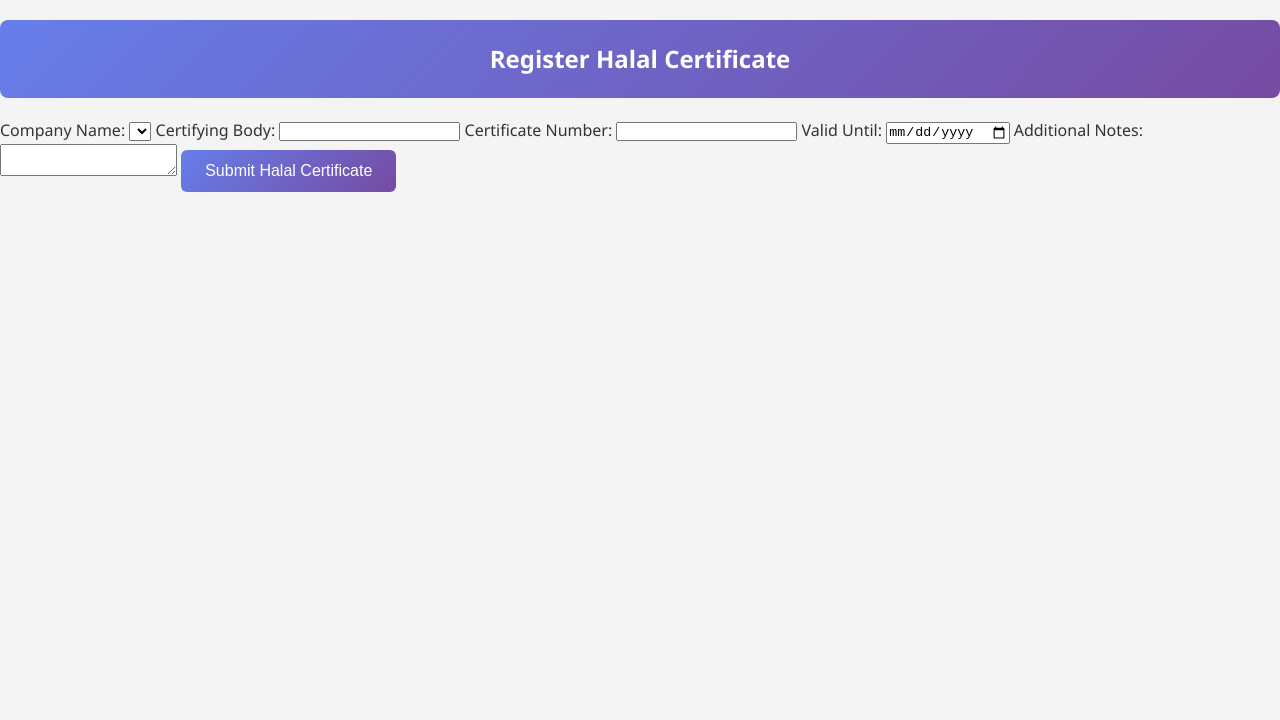
Repository: HarrishPanicker1/Blockchain_Group_AI_Assignment
Page: frontend/adding_halal_certification.html
These files come from the project's save history. The page is drawn as it stood at one moment and after the next save; the edit follows.
The browser window is 1280 px wide. The pictures show the whole page.

Above is the page before, as saved 2025-06-15 23:02:15.

### frontend/adding_halal_certification.html
<!DOCTYPE html>
<html lang="en">
<head>
  <meta charset="UTF-8" />
  <meta name="viewport" content="width=device-width, initial-scale=1.0"/>
  <title>Register Halal Certificate</title>
  <link rel="stylesheet" href="styles.css" />
</head>
<body>
  <div class="form-container">
    <h2>Register Halal Certificate</h2>

    <form id="halalForm">
      <label for="company">Company Name:</label>
      <select id="company" name="company" required></select>

      <label for="certBody">Certifying Body:</label>
      <input type="text" id="certBody" required />

      <label for="certID">Certificate Number:</label>
      <input type="text" id="certID" required />

      <label for="validUntil">Valid Until:</label>
      <input type="date" id="validUntil" required />

      <label for="notes">Additional Notes:</label>
      <textarea id="notes"></textarea>

      <button type="submit">Submit Halal Certificate</button>
    </form>
  </div>

  <script src="halal_cert.js"></script>
</body>
</html>

### styles.css
* {
    margin: 0;
    padding: 0;
    box-sizing: border-box;
}

body {
    font-family: 'Segoe UI', Tahoma, Geneva, Verdana, sans-serif;
    line-height: 1.6;
    color: #333;
    background-color: #f4f4f4;
}

h1, h2, h3 {
    margin-bottom: 1rem;
    color: #2c3e50;
}

h2 {
    padding: 20px 0;
    text-align: center;
    background: linear-gradient(135deg, #667eea 0%, #764ba2 100%);
    color: white;
    margin: 20px 0;
    border-radius: 8px;
}

button {
    background: linear-gradient(135deg, #667eea 0%, #764ba2 100%);
    color: white;
    border: none;
    padding: 12px 24px;
    border-radius: 6px;
    cursor: pointer;
    font-size: 16px;
    transition: transform 0.2s, box-shadow 0.2s;
}

button:hover {
    transform: translateY(-2px);
    box-shadow: 0 4px 8px rgba(0,0,0,0.2);
}

a {
    text-decoration: none;
}

#pdfListContainer {
    background: white;
    margin: 20px;
    padding: 20px;
    border-radius: 8px;
    box-shadow: 0 2px 4px rgba(0,0,0,0.1);
}

#pdfList {
    list-style: none;
}

#pdfList li {
    background: #f8f9fa;
    margin: 10px 0;
    padding: 15px;
    border-radius: 6px;
    border-left: 4px solid #667eea;
}

#pdfList a {
    color: #667eea;
    font-weight: bold;
}

#pdfList a:hover {
    color: #764ba2;
    text-decoration: underline;
}

### frontend/halal_cert.js
// Simulated localStorage company list for now
let companies = JSON.parse(localStorage.getItem("companies")) || [];

// Populate company dropdown
const companyDropdown = document.getElementById("company");
companies.forEach(c => {
  const option = document.createElement("option");
  option.value = c.name;
  option.textContent = c.name;
  companyDropdown.appendChild(option);
});

// Handle submission
document.getElementById("halalForm").addEventListener("submit", function (e) {
  e.preventDefault();

  const cert = {
    company: document.getElementById("company").value,
    certBody: document.getElementById("certBody").value,
    certID: document.getElementById("certID").value,
    validUntil: document.getElementById("validUntil").value,
    notes: document.getElementById("notes").value
  };

  // Save to localStorage or backend
  let halalCerts = JSON.parse(localStorage.getItem("halalCerts")) || [];
  halalCerts.push(cert);
  localStorage.setItem("halalCerts", JSON.stringify(halalCerts));

  alert("Halal certificate registered successfully!");
  window.location.href = "index.html";
});

### CompanyRegistry/halal_cert.css
body {
  margin: 0;
  padding: 0;
  font-family: Arial, sans-serif;
  background-color: #f6f6f6;
  display: flex;
  align-items: center;
  justify-content: center;
  min-height: 100vh;
}

.form-container {
  background: white;
  padding: 40px;
  border-radius: 10px;
  box-shadow: 0 0 15px rgba(0, 0, 0, 0.1);
  width: 500px;
  font-size: 18px;
}

h2 {
  text-align: center;
  margin-bottom: 25px;
  font-size: 26px;
}

form {
  display: flex;
  flex-direction: column;
  gap: 20px;
}

input, select, textarea {
  padding: 10px;
  font-size: 18px;
  border: 1px solid #ccc;
  border-radius: 5px;
  width: 100%;
}

textarea {
  height: 80px;
  resize: vertical;
}

button {
  background-color: #007bff;
  color: white;
  padding: 12px;
  font-size: 18px;
  border: none;
  border-radius: 5px;
  cursor: pointer;
}

button:hover {
  background-color: #0056b3;
}

After the next save:
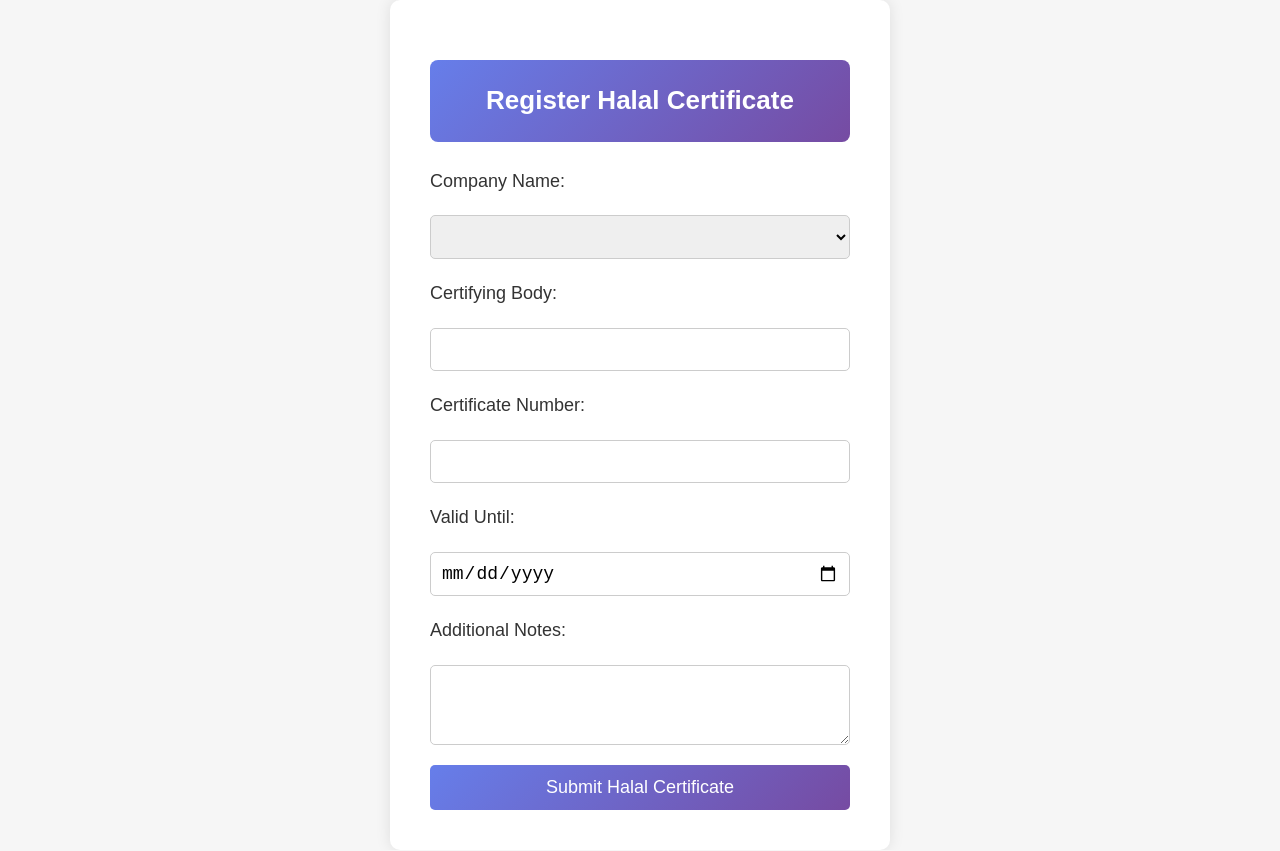
Saved 8 min 52 s later.
--- a/frontend/adding_halal_certification.html
+++ b/frontend/adding_halal_certification.html
@@ -5,6 +5,8 @@
   <meta name="viewport" content="width=device-width, initial-scale=1.0"/>
   <title>Register Halal Certificate</title>
   <link rel="stylesheet" href="styles.css" />
+  <link rel="stylesheet" href="halal_cert.css">
+
 </head>
 <body>
   <div class="form-container">
